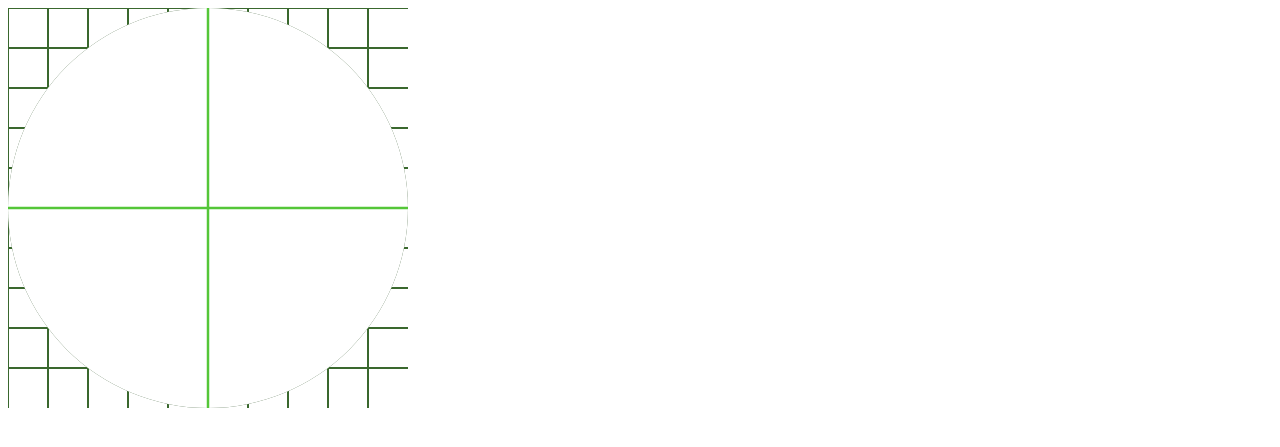
Repository: pedro-mancano/ProjetoCDM204
Page: scripts/radar.html
The author's editor kept a copy of each file at every save. The page is drawn from the files as they stood at one save, then again after the next save.
The browser window is 1280 px wide. The pictures show the whole page.

Above is the page before, as saved 2024-11-27 08:22:50.

After the next save:
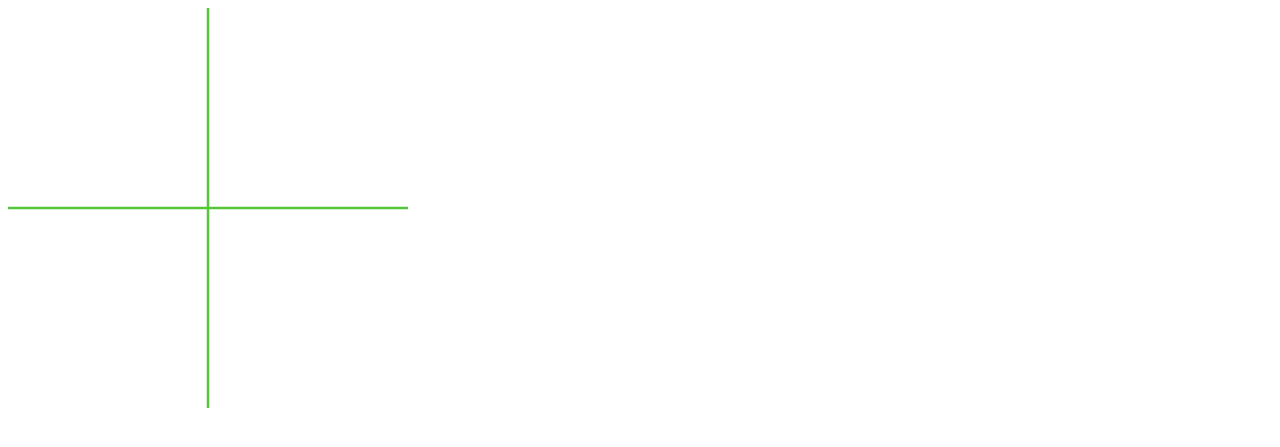
Saved 11 s later.
--- a/scripts/radar.js
+++ b/scripts/radar.js
@@ -35,6 +35,7 @@ function draw(elapsed) {
   ctx.fillStyle = 'white';
   ctx.beginPath();
   ctx.arc(canvas.width / 2, canvas.height / 2, 200, 0, 2 * Math.PI);
+  ctx.rect(0, 0, canvas.width, canvas.height);
   ctx.fill();
 
 
